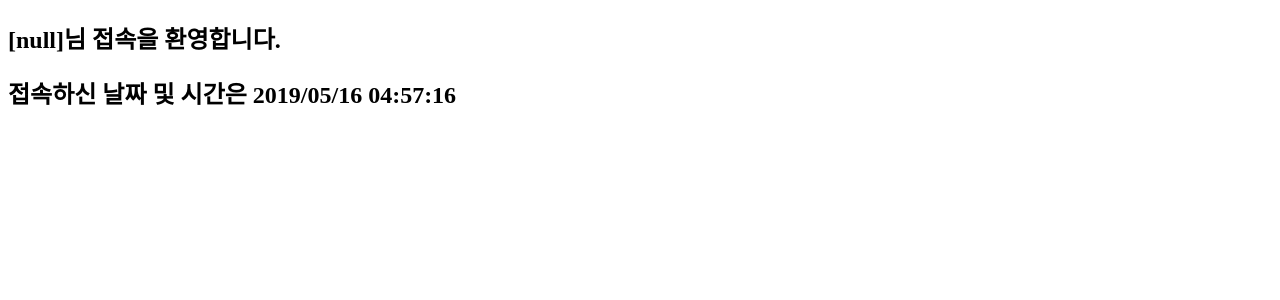
Repository: Gabintree/JDBC2019
Page: http://localhost/Jsp20190510_start/Jsp0517_LoginCheck.jsp
These files come from the project's save history. The page is drawn as it stood at one moment and after the next save; the edit follows.
The browser window is 1280 px wide. The pictures show the whole page.
The page is served by Tomcat 9. Nobody is signed in. The application's start-up code is not run.

Above is the page before, as saved 2019-05-17 02:41:13.

After the next save:
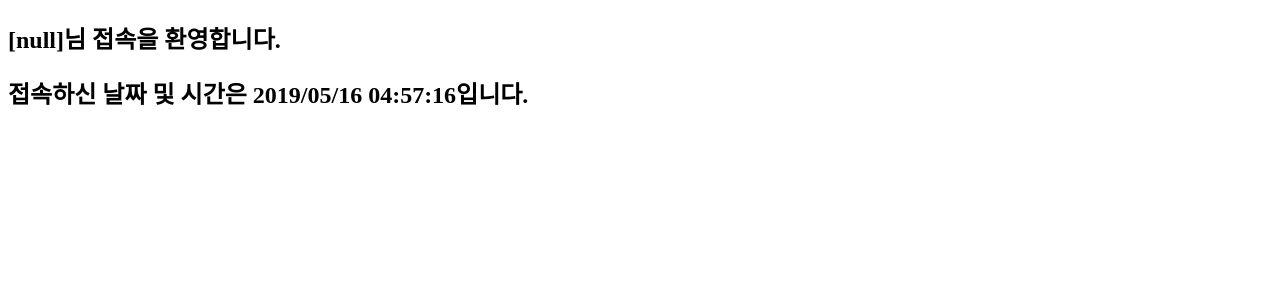
Saved 10 s later.
--- a/Jsp20190510_start/WebContent/Jsp0517_LoginCheck.jsp
+++ b/Jsp20190510_start/WebContent/Jsp0517_LoginCheck.jsp
@@ -22,7 +22,7 @@ SimpleDateFormat time = new SimpleDateFormat("hh:mm:ss");
 
 <h2>[<%= id%>]님 접속을 환영합니다.</h2>
 
-<h2>접속하신 날짜 및 시간은 <%= date.format(today) + " " + time.format(today) %></h2>
+<h2>접속하신 날짜 및 시간은 <%= date.format(today) + " " + time.format(today) %>입니다.</h2>
 
 </body>
 </html>
